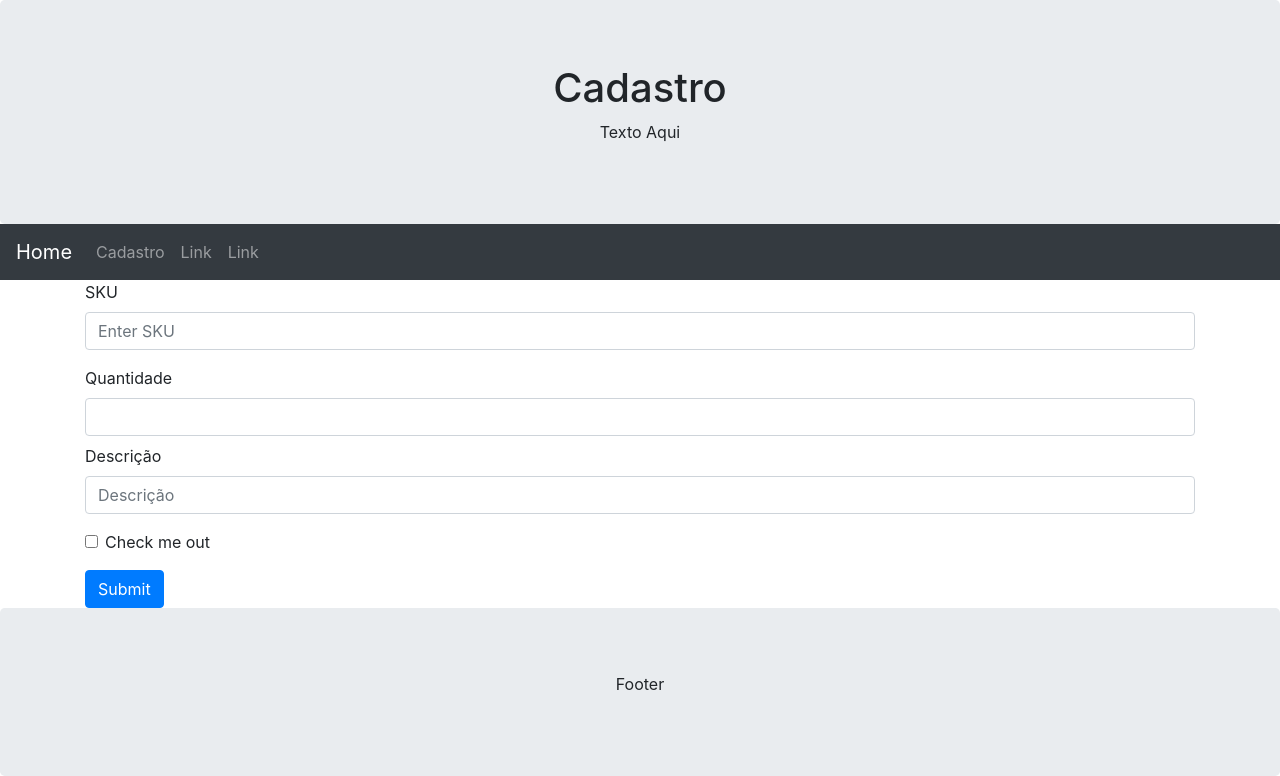
Repository: LucasLopesAguiar/JavaWeb-1
Page: sistemaweb/WebContent/cadastro.html
An editor plug-in stored every save of this project. The page is shown before and after the next save, followed by the edit.
The browser window is 1280 px wide. The pictures show the whole page.

Above is the page before, as saved 2019-05-10 01:08:38.

### sistemaweb/WebContent/cadastro.html
<!DOCTYPE html>
<html lang="en">
<head>
  <title>Cadastro</title>
  <meta charset="utf-8">
  <meta name="viewport" content="width=device-width, initial-scale=1">
  <link rel="stylesheet" href="https://maxcdn.bootstrapcdn.com/bootstrap/4.3.1/css/bootstrap.min.css">
  <script src="https://ajax.googleapis.com/ajax/libs/jquery/3.4.0/jquery.min.js"></script>
  <script src="https://cdnjs.cloudflare.com/ajax/libs/popper.js/1.14.7/umd/popper.min.js"></script>
  <script src="https://maxcdn.bootstrapcdn.com/bootstrap/4.3.1/js/bootstrap.min.js"></script>
  <style>
  .fakeimg {
    height: 200px;
    background: #aaa;
  }
  </style>
</head>
<body>

<div class="jumbotron text-center" style="margin-bottom:0">
  <h1>Cadastro</h1>
  <p>Texto Aqui</p>
</div>

<nav class="navbar navbar-expand-sm bg-dark navbar-dark">
  <a class="navbar-brand" href="index.html">Home</a>
  <button class="navbar-toggler" type="button" data-toggle="collapse" data-target="#collapsibleNavbar">
    <span class="navbar-toggler-icon"></span>
  </button>
  <div class="collapse navbar-collapse" id="collapsibleNavbar">
    <ul class="navbar-nav">
      <li class="nav-item">
        <a class="nav-link" href="cadastro.html">Cadastro</a>
      </li>
      <li class="nav-item">
        <a class="nav-link" href="#">Link</a>
      </li>
      <li class="nav-item">
        <a class="nav-link" href="#">Link</a>
      </li>
    </ul>
  </div>
</nav>


<div class="container">
<form>
  <div class="form-group">
    <label for="exampleInputEmail1">SKU</label>
    <input type="text" class="form-control" id="inputSKU" placeholder="Enter SKU">
  </div>

  <div class="form-group mb-2">
    <label for="inputDesc">Quantidade</label>
    <input type="number" class="form-control" id="inputDesc" placeholder="">
  </div>

  <div class="form-group">
    <label for="inputDesc">Descrição</label>
    <input type="text" class="form-control" id="inputDesc" placeholder="Descrição">
  </div>

  <div class="form-group form-check">
    <input type="checkbox" class="form-check-input" id="exampleCheck1">
    <label class="form-check-label" for="exampleCheck1">Check me out</label>
  </div>
  <button type="submit" class="btn btn-primary">Submit</button>
</form>
</div>

<div class="jumbotron text-center" style="margin-bottom:0">
  <p>Footer</p>
</div>

</body>
</html>

After the next save:
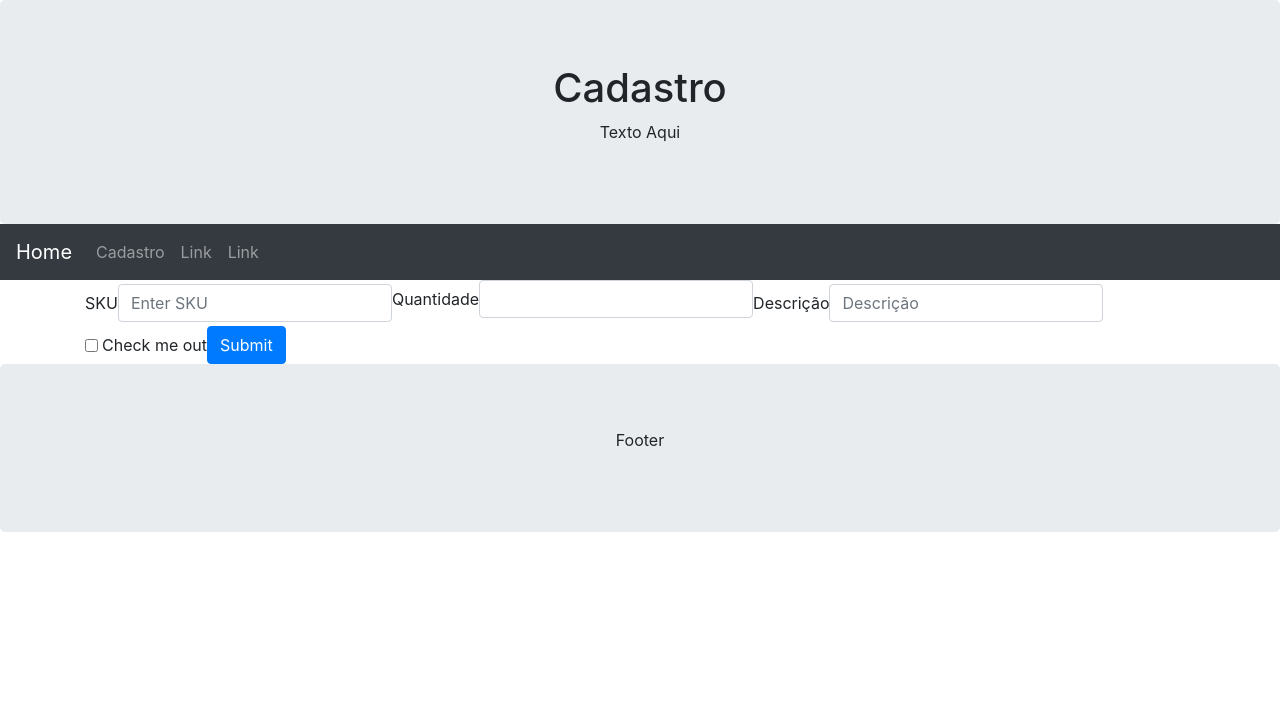
Saved 25 s later.
--- a/sistemaweb/WebContent/cadastro.html
+++ b/sistemaweb/WebContent/cadastro.html
@@ -44,7 +44,7 @@
 
 
 <div class="container">
-<form>
+<form class="form-inline">
   <div class="form-group">
     <label for="exampleInputEmail1">SKU</label>
     <input type="text" class="form-control" id="inputSKU" placeholder="Enter SKU">
